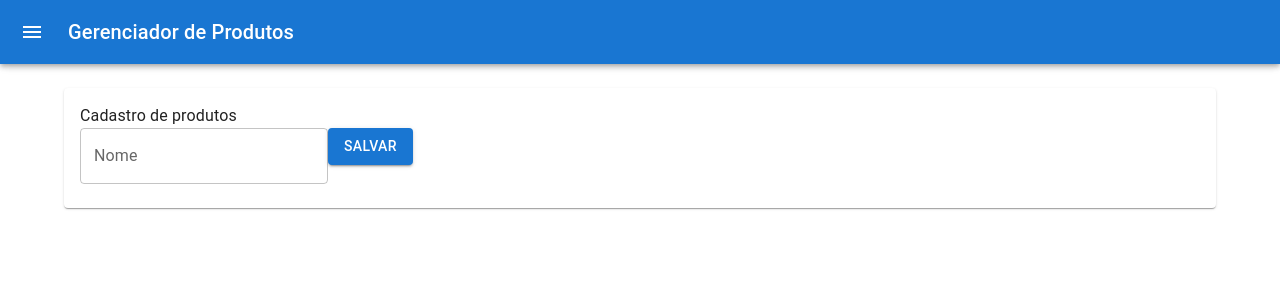
Repository: KennedyWanderson/crud-web
Page: /
An editor plug-in stored every save of this project. The page is shown before and after a run of saves, followed by the edit.
The browser window is 1280 px wide. The pictures show the whole page.
The project was rebuilt for these pictures with package versions that can differ from the ones it lists, and the page was loaded fresh each time. Also part of the build but not shown: src/Components/ProductList.js, src/Components/CategoryRegister.js, src/Components/CategotyList.js.

Above is the page before, as saved 2023-11-15 16:03:35.

### src/App.js

import React, { useState } from 'react';
import Menu from "./Components/Menu";

function App() {




  return (
    <div>
      <Menu />
    </div>
  );
}

export default App;

### src/Components/Menu.js
import * as React from 'react';
import { styled, useTheme } from '@mui/material/styles';
import Box from '@mui/material/Box';
import Drawer from '@mui/material/Drawer';
import CssBaseline from '@mui/material/CssBaseline';
import MuiAppBar from '@mui/material/AppBar';
import Toolbar from '@mui/material/Toolbar';
import List from '@mui/material/List';
import Typography from '@mui/material/Typography';
import Divider from '@mui/material/Divider';
import IconButton from '@mui/material/IconButton';
import MenuIcon from '@mui/icons-material/Menu';
import ChevronLeftIcon from '@mui/icons-material/ChevronLeft';
import ChevronRightIcon from '@mui/icons-material/ChevronRight';
import ListItem from '@mui/material/ListItem';
import ListItemButton from '@mui/material/ListItemButton';
import ListItemIcon from '@mui/material/ListItemIcon';
import ListItemText from '@mui/material/ListItemText';
import InboxIcon from '@mui/icons-material/MoveToInbox';
// eslint-disable-next-line
import MailIcon from '@mui/icons-material/Mail';
import ProductRegister from "./ProductRegister"
import ProductList from "./ProductList"
import CategoryRegister from "./CategoryRegister"
import CategotyList from "./CategotyList"
import { Container } from "@mui/material";
import { useState } from 'react';


const drawerWidth = 240;

const Main = styled('main', { shouldForwardProp: (prop) => prop !== 'open' })(
    ({ theme, open }) => ({
        flexGrow: 1,
        padding: theme.spacing(3),
        transition: theme.transitions.create('margin', {
            easing: theme.transitions.easing.sharp,
            duration: theme.transitions.duration.leavingScreen,
        }),
        marginLeft: `-${drawerWidth}px`,
        ...(open && {
            transition: theme.transitions.create('margin', {
                easing: theme.transitions.easing.easeOut,
                duration: theme.transitions.duration.enteringScreen,
            }),
            marginLeft: 0,
        }),
    }),
);

const AppBar = styled(MuiAppBar, {
    shouldForwardProp: (prop) => prop !== 'open',
})(({ theme, open }) => ({
    transition: theme.transitions.create(['margin', 'width'], {
        easing: theme.transitions.easing.sharp,
        duration: theme.transitions.duration.leavingScreen,
    }),
    ...(open && {
        width: `calc(100% - ${drawerWidth}px)`,
        marginLeft: `${drawerWidth}px`,
        transition: theme.transitions.create(['margin', 'width'], {
            easing: theme.transitions.easing.easeOut,
            duration: theme.transitions.duration.enteringScreen,
        }),
    }),
}));

const DrawerHeader = styled('div')(({ theme }) => ({
    display: 'flex',
    alignItems: 'center',
    padding: theme.spacing(0, 1),
    // necessary for content to be below app bar
    ...theme.mixins.toolbar,
    justifyContent: 'flex-end',
}));

export default function Menu() {
    const theme = useTheme();
    const [open, setOpen] = React.useState(false);
    const [visible, setVisible] = useState(1)

    const handleDrawerOpen = () => {
        setOpen(true);
    };

    const handleDrawerClose = () => {
        setOpen(false);
    };

    function selectComponent() {
        if (visible === 1) {
            return <ProductRegister text={"Cadastro de produtos"} />
        } else if (visible === 2) {
            return <ProductList text={"Listagem de produtos"} />
        } else if (visible === 3) {
            return <CategoryRegister text={"Cadastro de categoria"} />
        } else {
            return <CategotyList text={"Listagem de categoria"} />
        }
    }

    return (
        <Box sx={{ display: 'flex' }}>
            <CssBaseline />
            <AppBar position="fixed" open={open}>
                <Toolbar>
                    <IconButton
                        color="inherit"
                        aria-label="open drawer"
                        onClick={handleDrawerOpen}
                        edge="start"
                        sx={{ mr: 2, ...(open && { display: 'none' }) }}
                    >
                        <MenuIcon />
                    </IconButton>
                    <Typography variant="h6" noWrap component="div">
                        Gerenciador de Produtos
                    </Typography>
                </Toolbar>
            </AppBar>
            <Drawer
                sx={{
                    width: drawerWidth,
                    flexShrink: 0,
                    '& .MuiDrawer-paper': {
                        width: drawerWidth,
                        boxSizing: 'border-box',
                    },
                }}
                variant="persistent"
                anchor="left"
                open={open}
            >
                <DrawerHeader>
                    <IconButton onClick={handleDrawerClose}>
                        {theme.direction === 'ltr' ? <ChevronLeftIcon /> : <ChevronRightIcon />}
                    </IconButton>
                </DrawerHeader>
                <Divider />
                <List>
                    <ListItem onClick={() => { setVisible(1) }} key={1} disablePadding>
                        <ListItemButton>
                            <ListItemIcon>
                                <InboxIcon />
                            </ListItemIcon>
                            <ListItemText primary={"Cadastro de Produtos"} />
                        </ListItemButton>
                    </ListItem>

                    <ListItem onClick={() => { setVisible(2) }} key={2} disablePadding>
                        <ListItemButton>
                            <ListItemIcon>
                                <InboxIcon />
                            </ListItemIcon>
                            <ListItemText primary={"Listagem de Produtos"} />
                        </ListItemButton>
                    </ListItem>

                    <ListItem onClick={() => { setVisible(3) }} key={3} disablePadding>
                        <ListItemButton>
                            <ListItemIcon>
                                <InboxIcon />
                            </ListItemIcon>
                            <ListItemText primary={"Cadastro de Categorias"} />
                        </ListItemButton>
                    </ListItem>

                    <ListItem onClick={() => { setVisible(4) }} key={4} disablePadding>
                        <ListItemButton>
                            <ListItemIcon>
                                <InboxIcon />
                            </ListItemIcon>
                            <ListItemText primary={"Listagem de Categorias"} />
                        </ListItemButton>
                    </ListItem>
                </List>
            </Drawer>
            <Main open={open}>
                <DrawerHeader />
                <Container>
                    {selectComponent()}
                </Container>
            </Main>
        </Box>
    );
}

### src/Components/ProductRegister.js
import { Card, CardContent, Button, TextField } from "@mui/material";
import React from "react";

function ProductRegister(props){
    return (
        <Card>
            <CardContent>
                <div>{props.text}</div>
                <TextField id="outlined-basic" label="Nome" variant="outlined" />
                <Button variant="contained">Salvar</Button>
            </CardContent>

        </Card>
    )
}

export default ProductRegister

Loaded but not shown: public/index.html (common file); src/index.js (common file); src/reportWebVitals.js (common file)

After the next 3 saves:
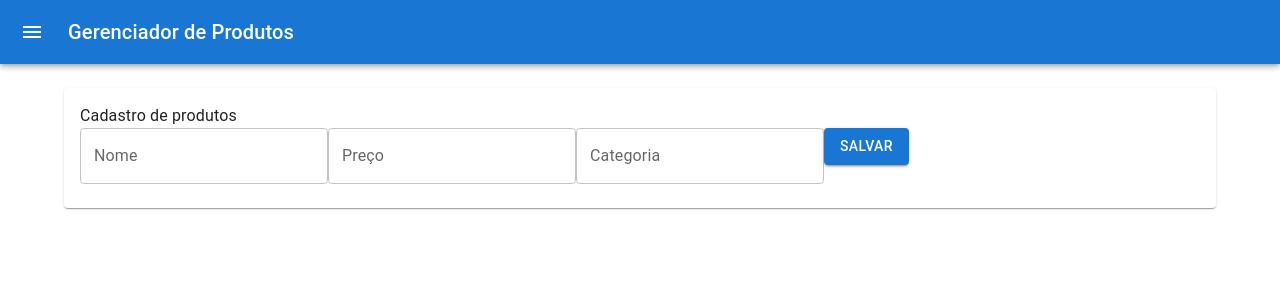
The 3 saves are shown as one change because they came seconds apart.
The last was saved 13 s later.
--- a/src/Components/ProductRegister.js
+++ b/src/Components/ProductRegister.js
@@ -7,6 +7,8 @@ function ProductRegister(props){
             <CardContent>
                 <div>{props.text}</div>
                 <TextField id="outlined-basic" label="Nome" variant="outlined" />
+                <TextField id="outlined-basic" label="Preço" variant="outlined" />
+                <TextField id="outlined-basic" label="Categoria" variant="outlined" />
                 <Button variant="contained">Salvar</Button>
             </CardContent>
 
